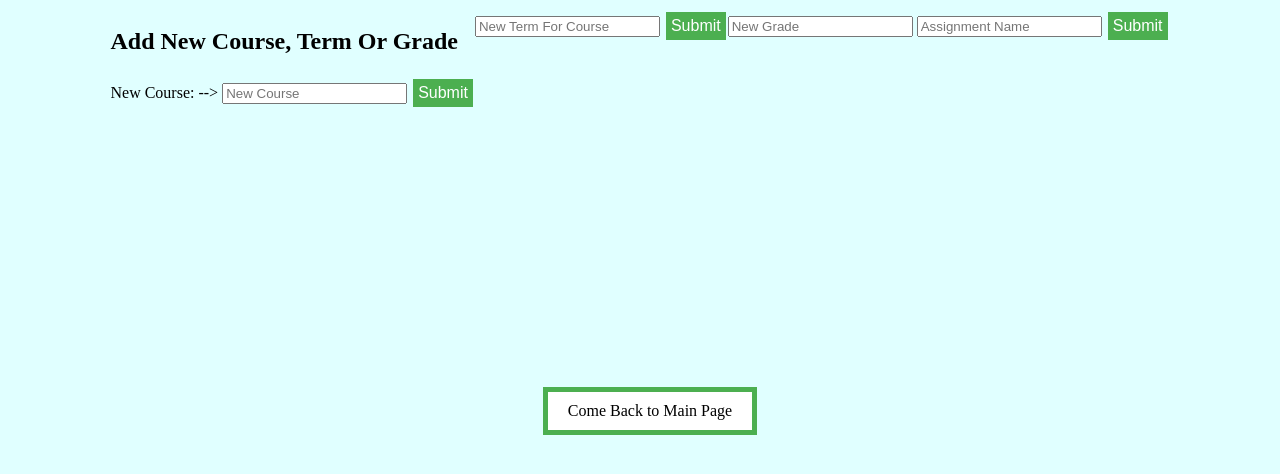
Repository: EdmontDantes/graderaide-ui
Page: add.html
The author's editor kept a copy of each file at every save. The page is drawn from the files as they stood at one save, then again after a run of saves.
The browser window is 1280 px wide. The pictures show the whole page.

Above is the page before, as saved 2020-04-21 15:55:02.

After the next 3 saves:
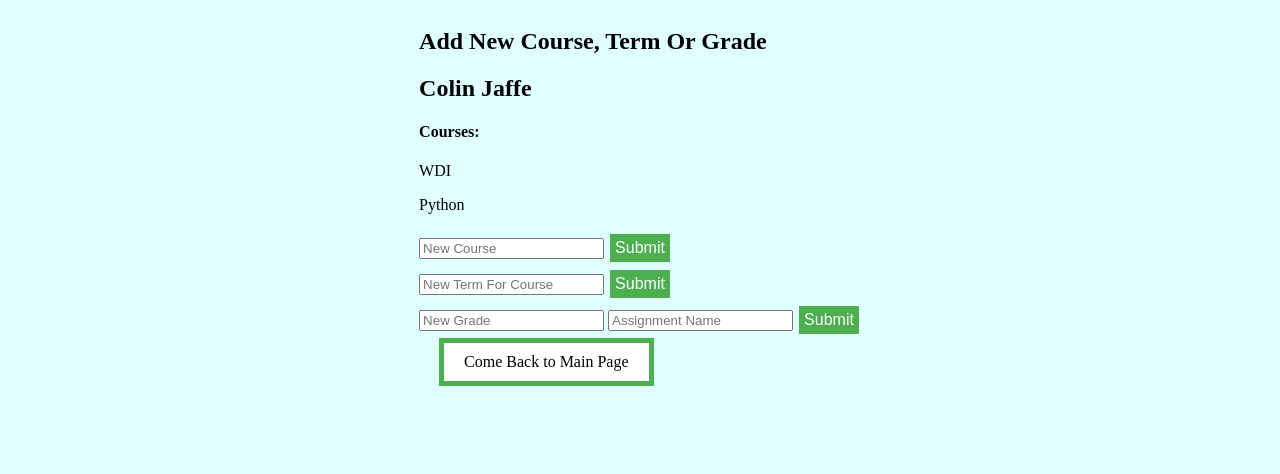
The 3 saves are shown as one change because they came seconds apart.
The last was saved 14 s later.
--- a/add.html
+++ b/add.html
@@ -9,7 +9,7 @@
   <body>
     <section class="app">
       <h1>Add New Course, Term Or Grade</h1>
-      <div id="data<h2>Colin Jaffe</h1>
+      <div id="data-representation-and-input"></div><h2>Colin Jaffe</h1>
       <h4>Courses:</h3>
       <p>WDI</p>
       <p>Python</p>
